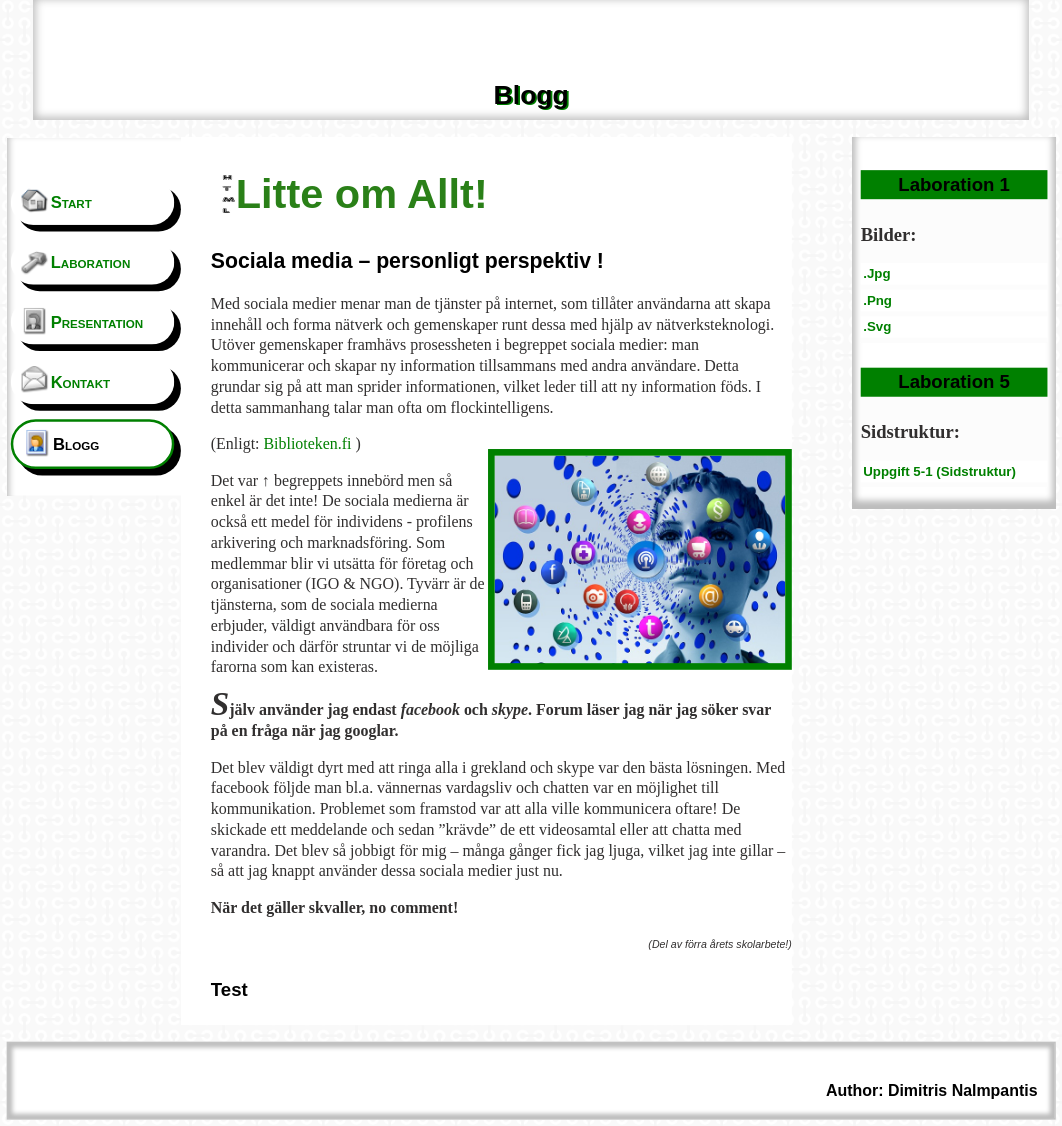
Repository: dn222em/1ik415-laborationer
Page: pages/blogg.html
The author's editor kept a record of every edit. The page is drawn from the files as they stood at one moment, then again after the next edit.
The browser window is 1280 px wide. The pictures show the whole page, at 83% of full size.
Backgrounds fixed to the window are drawn as part of the page.

Above is the page before.

After the next edit:
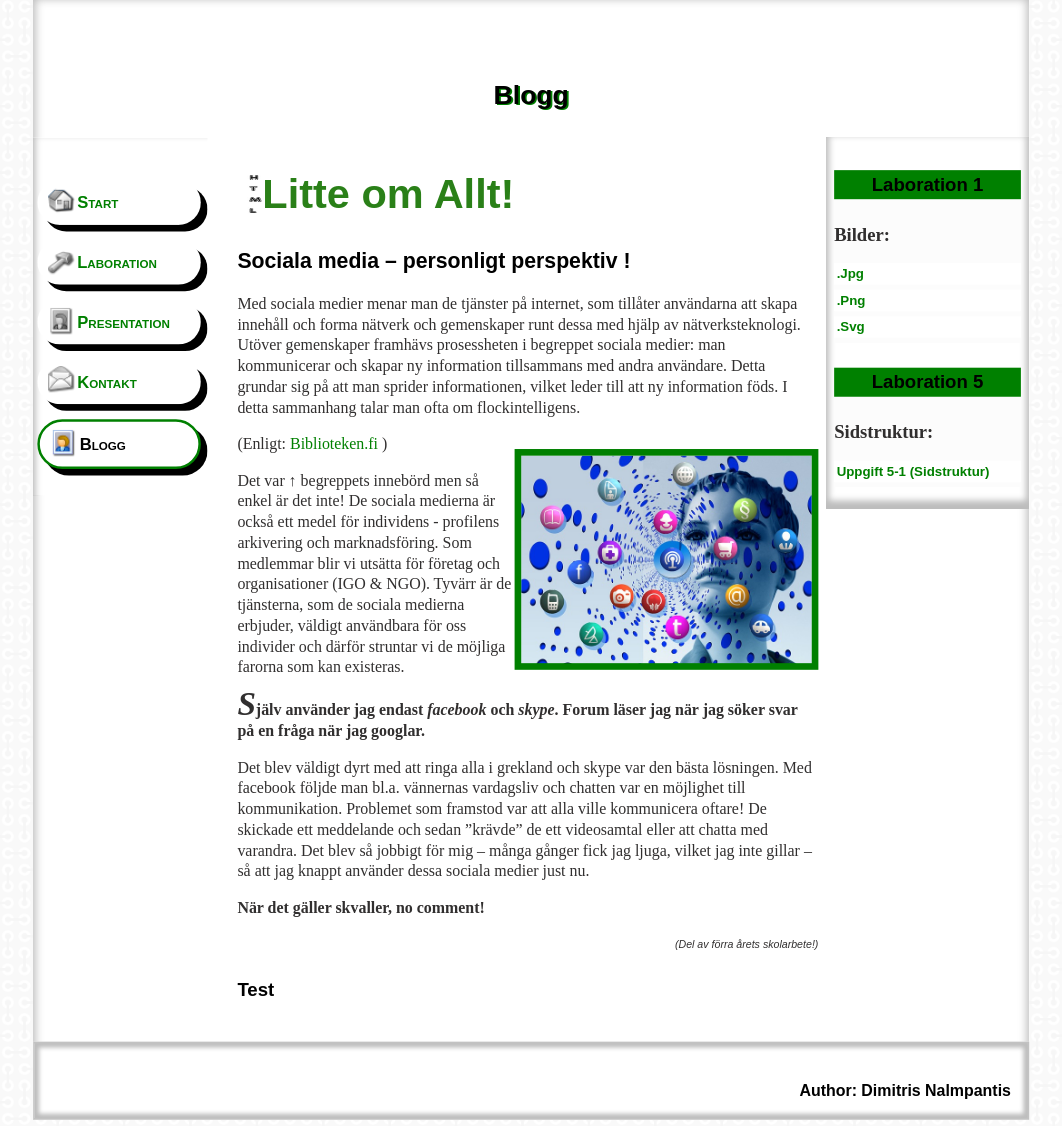
The edit:
--- a/pages/blogg.html
+++ b/pages/blogg.html
@@ -26,7 +26,7 @@
 		<header>
 
 			<h1 id="title">Blogg</h1>
-	</div>
+	</header>
 	<nav>
 
 			<ul id="menu_pictures" class="nav">
